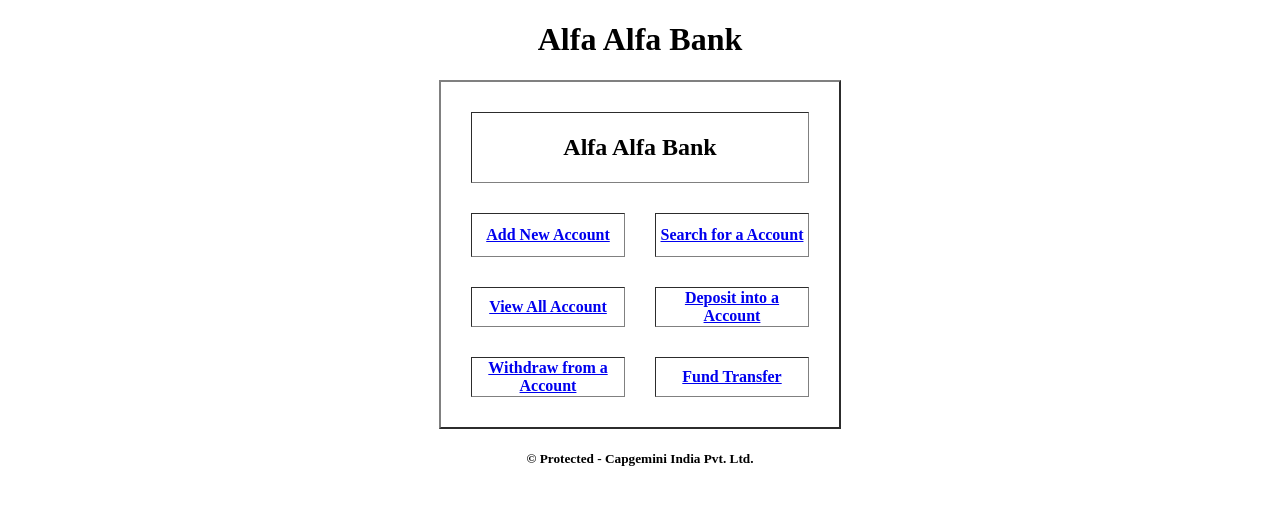
Repository: Rccalfa123/OnlineBankingApp
Page: http://localhost/AlfaAlfaBankApp/searchAccount.jsp
An editor plug-in stored every save of this project. The page is shown before and after the next save, followed by the edit.
The browser window is 1280 px wide. The pictures show the whole page.
The page is served by Tomcat 9. Other server files are loaded and not shown.

Above is the page before, as saved 2018-08-10 11:12:45.

### AlfaAlfaBankApp/WebContent/searchAccount.jsp
<%@ page language="java" contentType="text/html; charset=ISO-8859-1"
    pageEncoding="ISO-8859-1"%>
<!DOCTYPE html>
<html>
<head>
<meta charset="ISO-8859-1">
<title>Search an Account</title>
</head>
<body>
	<jsp:include page="header.jsp"></jsp:include>
	<form action=".app" method="get">

		<div>
			<table cellspacing="30" align="center" border="2">
				<tr>
					<th colspan="6" height="35"><h2>Alfa Alfa Bank</h2></th>
				</tr>

				<tr>
					<th height="40" width="150"> <a href = "addNewAccount.jsp"> Add New Account</a> </th>
					<th height="40" width="150"><a href = "searchAccount.jsp"> Search for a Account</a></th>
				</tr>

				<tr>
					<th height="20" width="150" ><a href = "viewAllAccount.jsp"> View All Account</a></th>
					<th height="20" width="150"><a href = "depositIntoAccount.jsp"> Deposit into a Account</a></th>
				</tr>

				<tr>
					<th height="20" width="150"><a href = "withdrawFromAccount.jsp"> Withdraw from a Account</a></th>
					<th height="20" width="150"><a href = "fundTransfer.jsp"> Fund Transfer</a></th>
				</tr>
			</table>
		</div>

	</form>
	<jsp:include page="footer.html"></jsp:include>

</body>
</html>

### AlfaAlfaBankApp/WebContent/header.jsp
<%@taglib prefix="jstl" uri="http://java.sun.com/jsp/jstl/core" %>
<div align="center">
	<h1>Alfa Alfa Bank</h1>
</div>

### AlfaAlfaBankApp/WebContent/footer.html
<div align="center">
<h5>&copy; Protected - Capgemini India Pvt. Ltd.</h5>
</div>

After the next save:
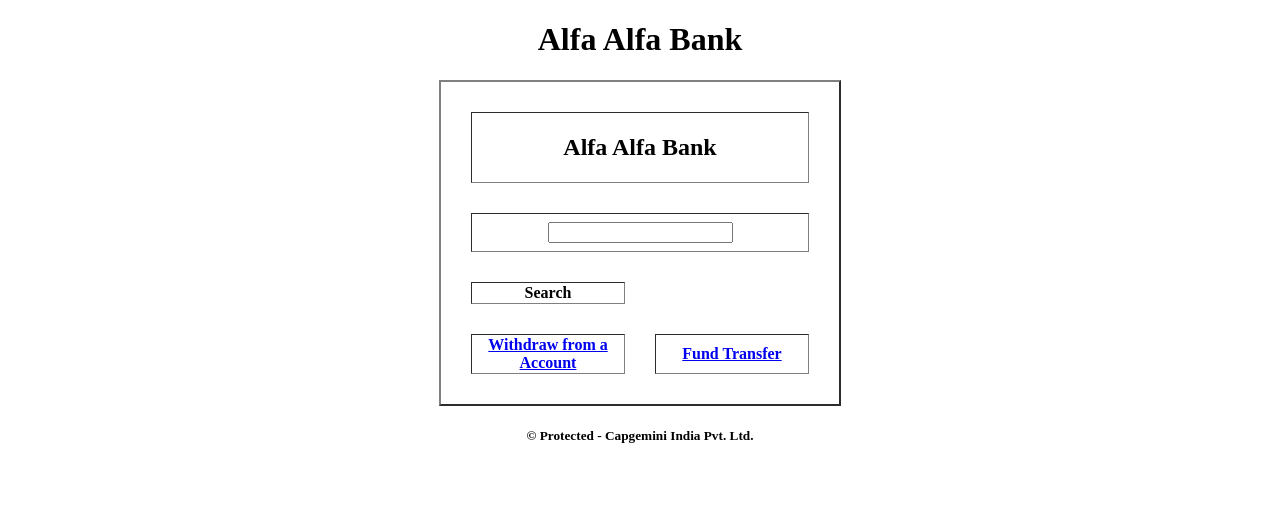
Saved 2 min 26 s later.
--- a/AlfaAlfaBankApp/WebContent/searchAccount.jsp
+++ b/AlfaAlfaBankApp/WebContent/searchAccount.jsp
@@ -17,13 +17,11 @@
 				</tr>
 
 				<tr>
-					<th height="40" width="150"> <a href = "addNewAccount.jsp"> Add New Account</a> </th>
-					<th height="40" width="150"><a href = "searchAccount.jsp"> Search for a Account</a></th>
+					<th colspan="6" height="35"> <input type="number"></th>
 				</tr>
 
 				<tr>
-					<th height="20" width="150" ><a href = "viewAllAccount.jsp"> View All Account</a></th>
-					<th height="20" width="150"><a href = "depositIntoAccount.jsp"> Deposit into a Account</a></th>
+					<th> Search</th>
 				</tr>
 
 				<tr>
